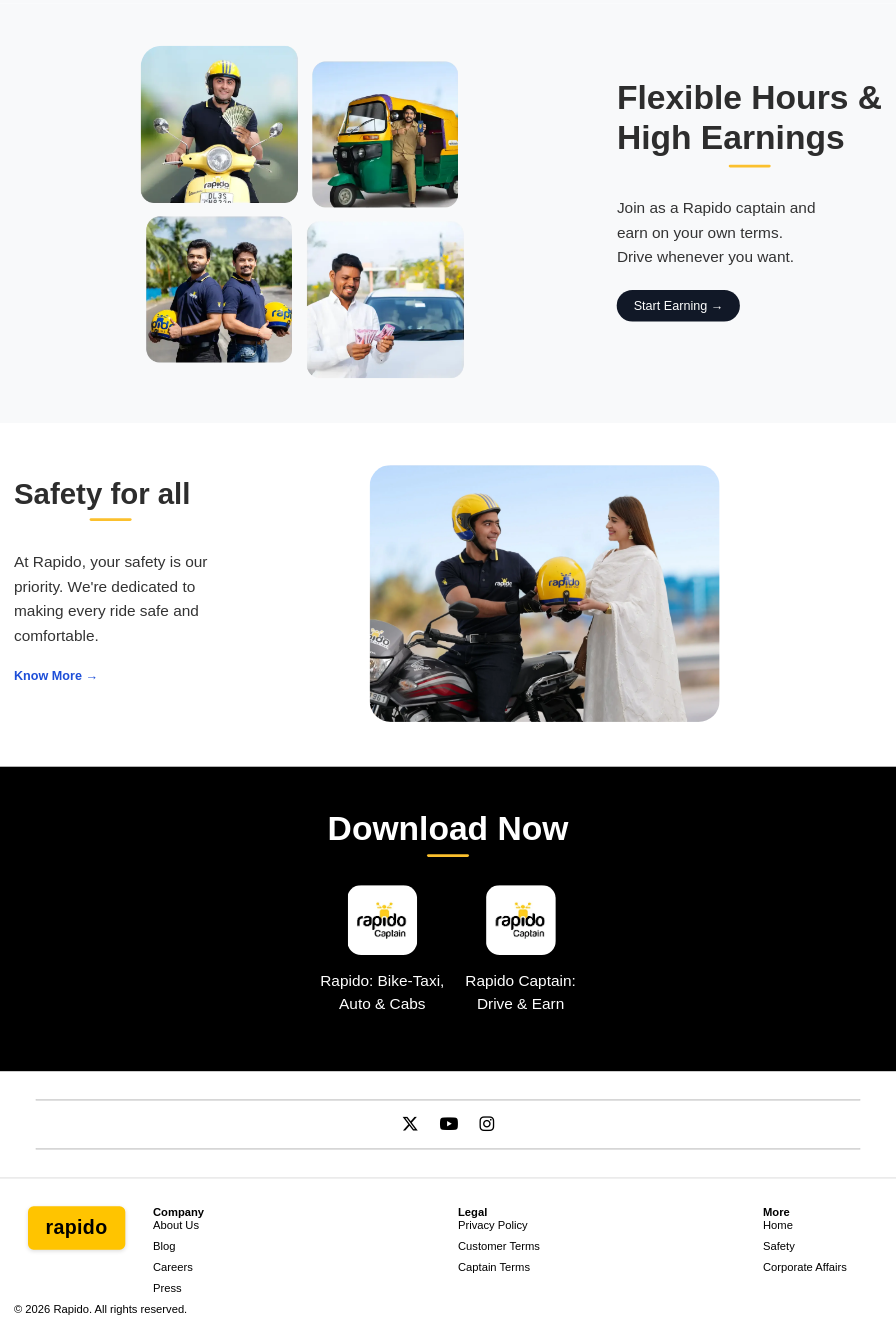
Repository: Rahul70079/Rapido-Clone---Bike-Taxi-App-UI
Page: index.html
These files come from the project's save history. The page is drawn as it stood at one moment and after the next save; the edit follows.
The browser window is 1280 px wide. The pictures show the part of the page from y = 1985 to 3905 px (the page is 3905 px tall before and 3869 px after), at 70% of full size.

Above is the page before, as saved 2026-03-09 20:54:29.

After the next save:
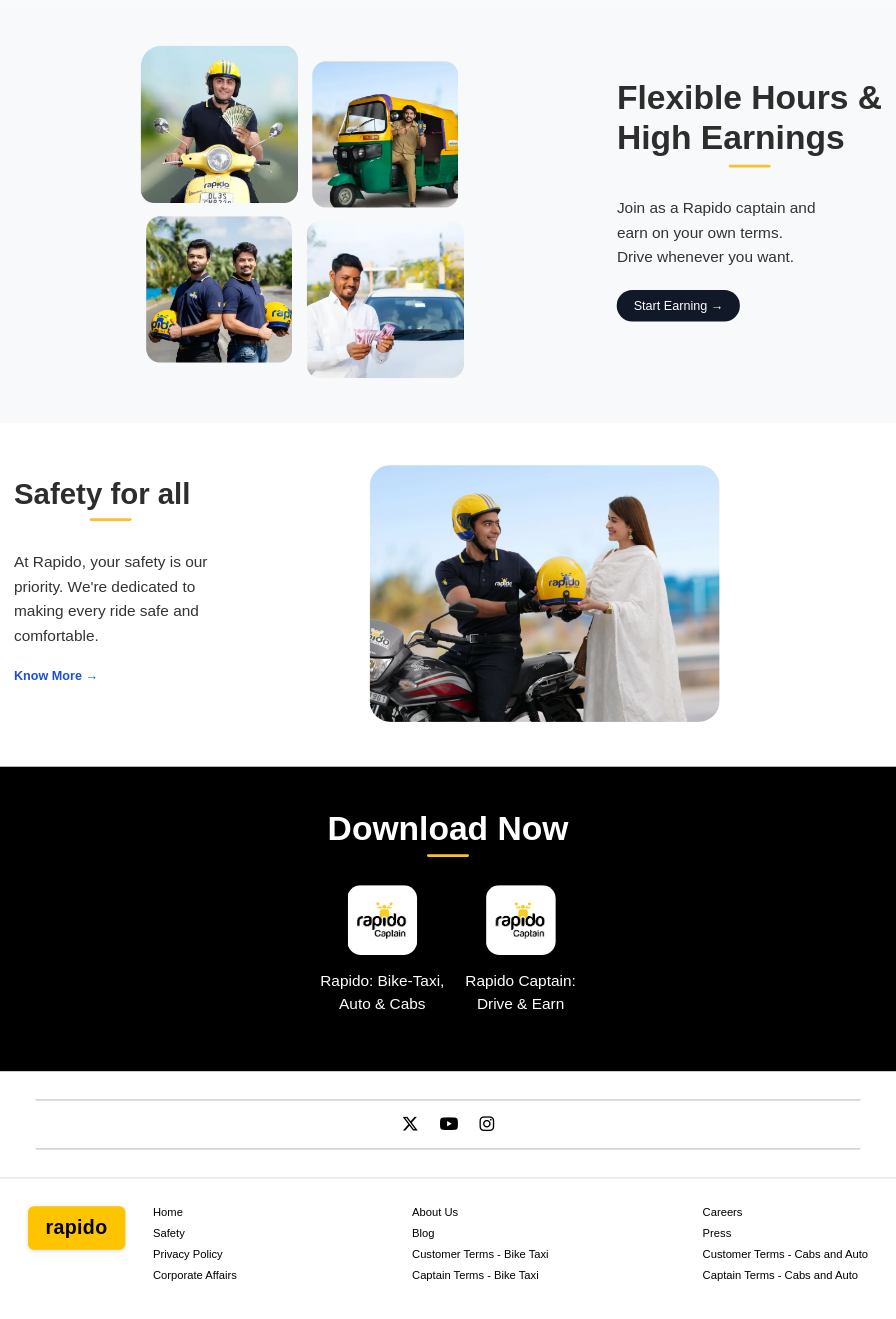
Saved 11 s later.
--- a/index.html
+++ b/index.html
@@ -158,52 +158,38 @@
     </div>
     <hr />
   </section>
-<footer class="footer">
-  <div class="footer-container">
-
-    <div class="rapido-logo">rapido</div>
-
-    <div class="footer-links">
-
-      <div class="footer-column">
-        <h4>Company</h4>
+
+  <footer class="footer">
+    <div class="footer-container">
+      <div class="rapido-logo">rapido</div>
+
+      <div class="footer-links">
+        <ul>
+          <li><a href="#">Home</a></li>
+          <li><a href="#">Safety</a></li>
+          <li><a href="#">Privacy Policy</a></li>
+          <li><a href="#">Corporate Affairs</a></li>
+        </ul>
+
         <ul>
           <li><a href="#">About Us</a></li>
           <li><a href="#">Blog</a></li>
+          <li><a href="#">Customer Terms - Bike Taxi</a></li>
+          <li><a href="#">Captain Terms - Bike Taxi</a></li>
+        </ul>
+
+        <ul>
           <li><a href="#">Careers</a></li>
           <li><a href="#">Press</a></li>
+          <li><a href="#">Customer Terms - Cabs and Auto</a></li>
+          <li><a href="#">Captain Terms - Cabs and Auto</a></li>
         </ul>
       </div>
-
-      <div class="footer-column">
-        <h4>Legal</h4>
-        <ul>
-          <li><a href="#">Privacy Policy</a></li>
-          <li><a href="#">Customer Terms</a></li>
-          <li><a href="#">Captain Terms</a></li>
-        </ul>
-      </div>
-
-      <div class="footer-column">
-        <h4>More</h4>
-        <ul>
-          <li><a href="#">Home</a></li>
-          <li><a href="#">Safety</a></li>
-          <li><a href="#">Corporate Affairs</a></li>
-        </ul>
-      </div>
-
-    </div>
-  </div>
-
-  <div class="footer-bottom">
-    <p>© 2026 Rapido. All rights reserved.</p>
-  </div>
-
-</footer>
+    </div>
+  </footer>
 
   <script>
-
+    // Mobile menu toggle functionality
     document.getElementById('mobile-menu').addEventListener('click', function() {
       const navLinks = document.getElementById('nav-links');
       navLinks.classList.toggle('active');
